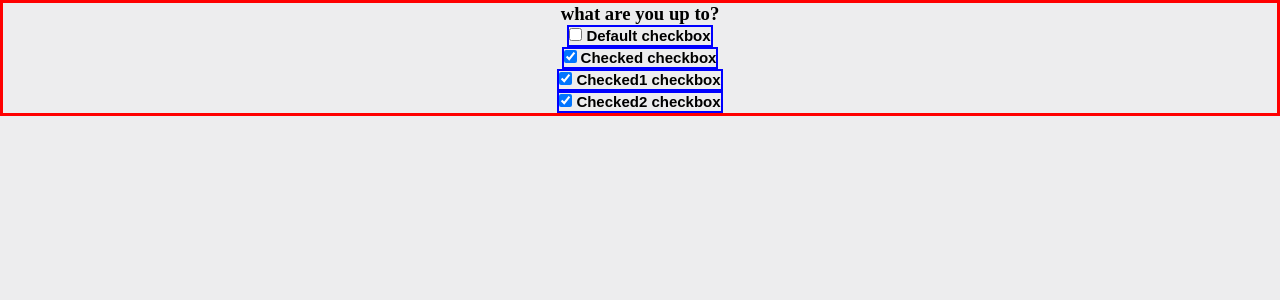
Repository: Grace229/Hasob-form
Page: index.html
The author's editor kept a copy of each file at every save. The page is drawn from the files as they stood at one save, then again after the next save.
The browser window is 1280 px wide. The pictures show the whole page.

Above is the page before, as saved 2020-12-26 19:38:30.

After the next save:
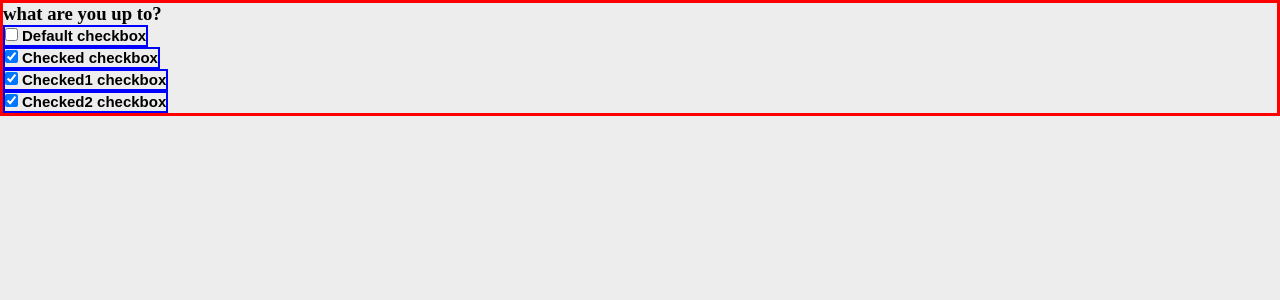
Saved 76 s later.
--- a/style.css
+++ b/style.css
@@ -17,5 +17,5 @@ input{
 }
 .container{
     border: solid 3px red;
-    justify-items: center;
+
 }
